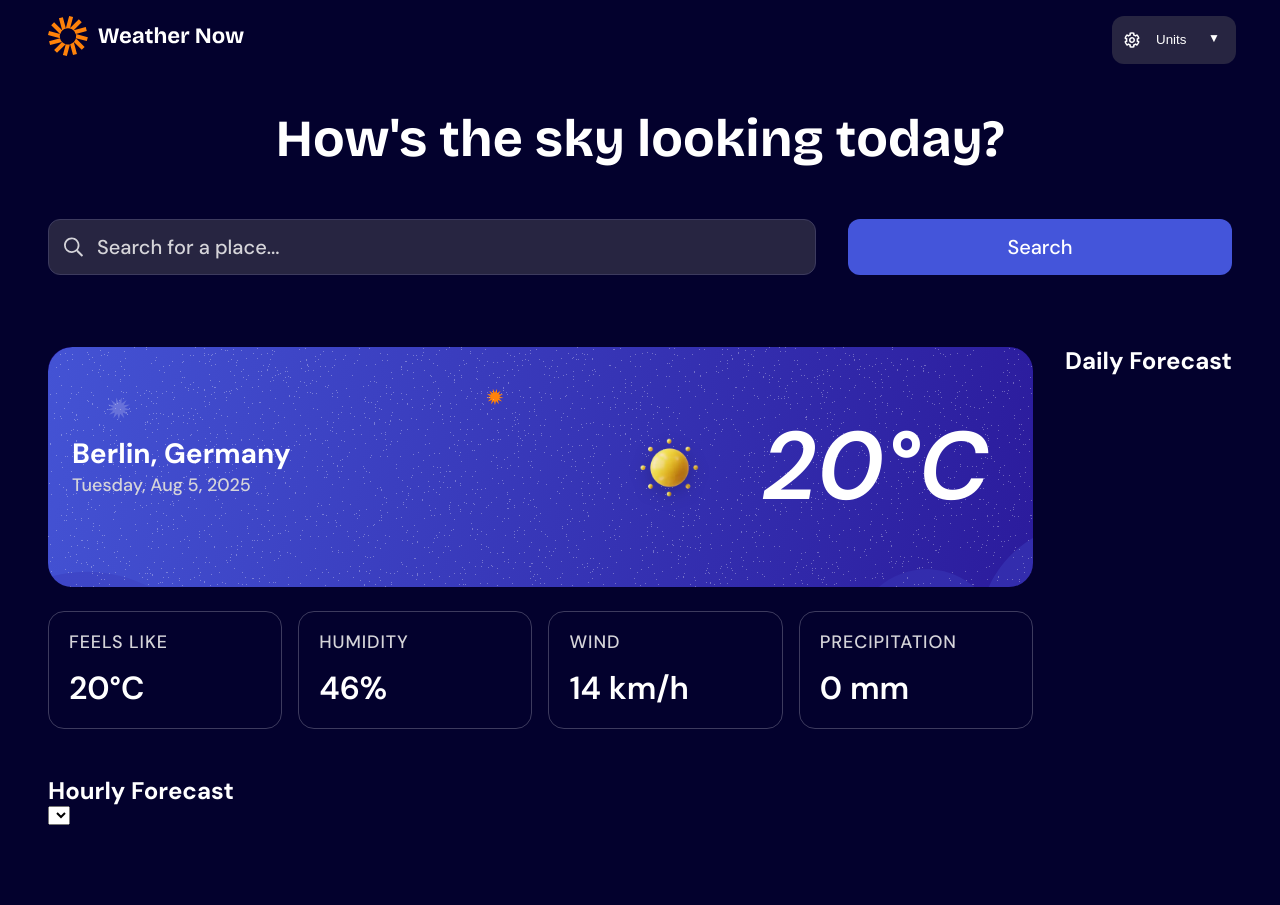
Repository: MKwaak/weather-app-main
Page: index.html
The author's editor kept a copy of each file at every save. The page is drawn from the files as they stood at one save, then again after the next save.
The browser window is 1280 px wide. The pictures show the whole page.
The page's requests for data from a server got no answer.

Above is the page before, as saved 2026-02-01 00:54:25.

After the next save:
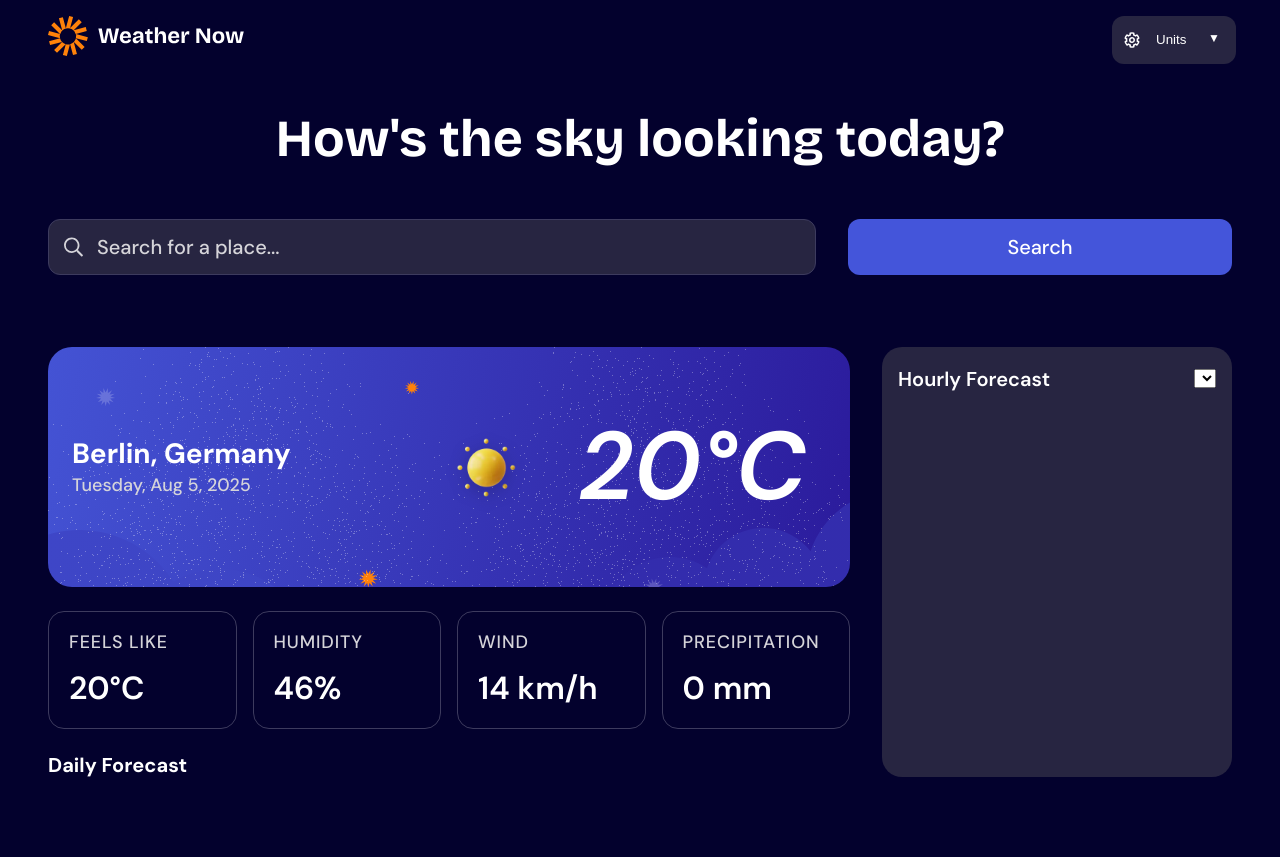
Saved 7 min 23 s later.
--- a/style.css
+++ b/style.css
@@ -589,12 +589,10 @@
   }
   /* 1. De basis instelling voor iedereen (mobiel eerst) */
   .daily__forecast {
-    display: grid;
-    grid-template-columns: repeat(2, 1fr); /* Mobiel: 2 kolommen */
-    gap: 16px;
-    margin-top: 16px;
-    width: 100%;
-
+    display: grid !important;
+    grid-template-columns: repeat(2, 1fr); /* Mobiel */
+    gap: 12px;
+  }
   /* 2. De specifieke aanpassing voor desktop (los van het bovenstaande blok) */
   @media screen and (min-width: 1000px) {
     .daily__forecast {
@@ -776,11 +774,10 @@
     "hourly"
     "daily";
   gap: 24px;
-  width: 100%;
 }
 
 /* STAP 2: Alleen op Desktop gaan we naar de 2-koloms indeling */
-@media (min-width: 1000px) {
+@media screen and (min-width: 1000px) {
   .dashboard {
     grid-template-columns: 1fr 350px; /* Links flexibel, Rechts vast */
     grid-template-areas:
